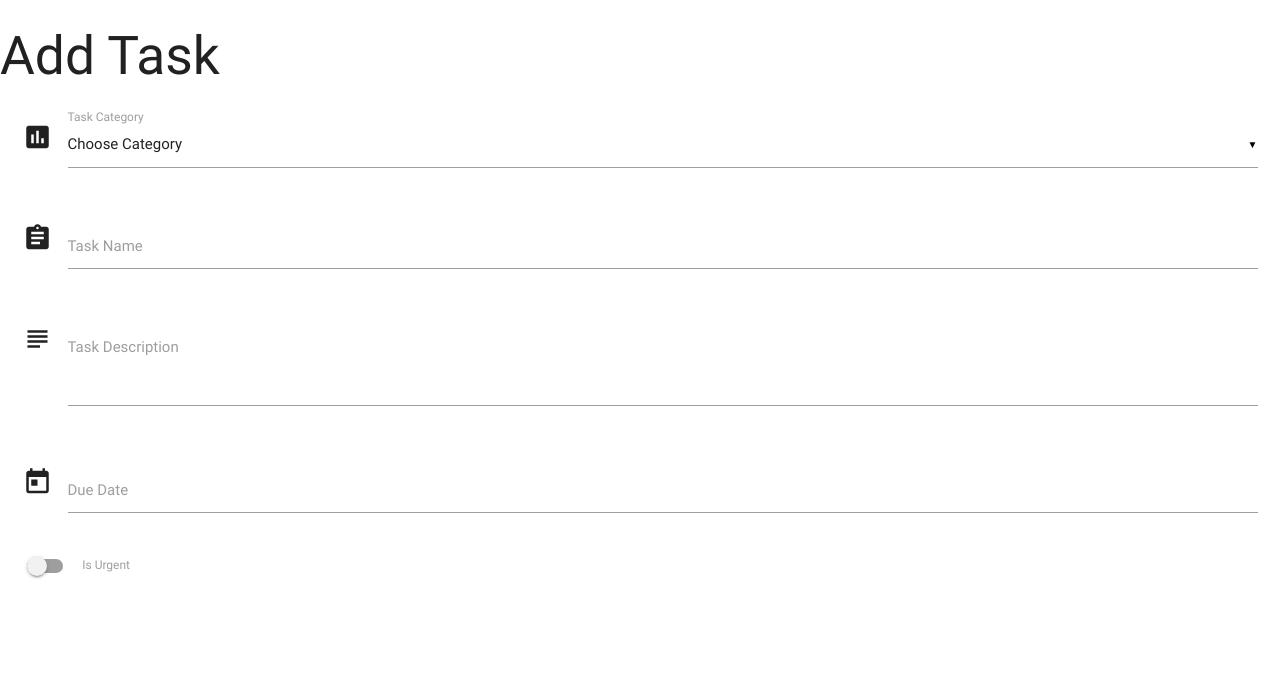
Repository: hebs87/task-manager-app
Page: http://localhost/add_task
The author's editor kept a record of every edit. The page is drawn from the files as they stood at one moment, then again after the next edit.
The browser window is 1280 px wide. The pictures show the whole page.
Some web libraries are served in a nearby version. The page is served by the project's application, run on Flask 3 (app.py). Queries for data that is not in the repository find no rows.

Above is the page before.

After the next edit:
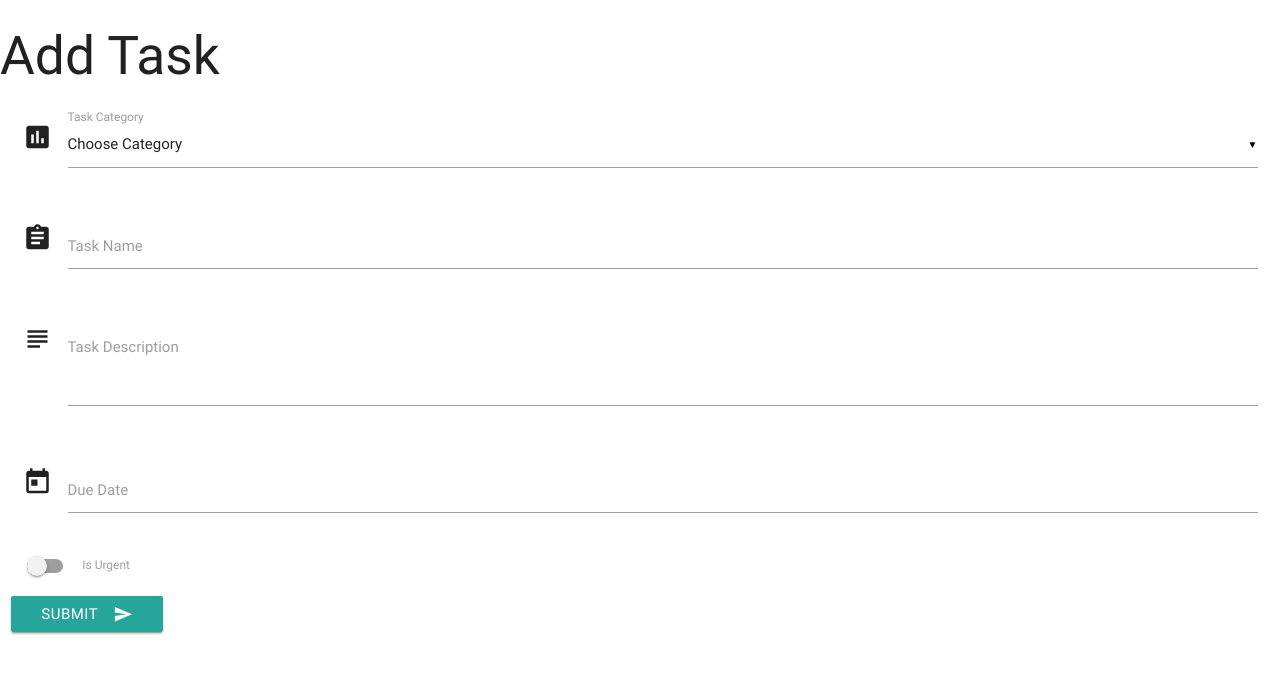
The edit:
--- a/templates/addtask.html
+++ b/templates/addtask.html
@@ -58,6 +58,11 @@
                 </label>
             </div>
         </div>
+
+            <button class="btn waves-effect waves-light" type="submit" name="action">Submit
+                <i class="material-icons right">send</i>
+            </button>
+
     </form>
   </div>
 
